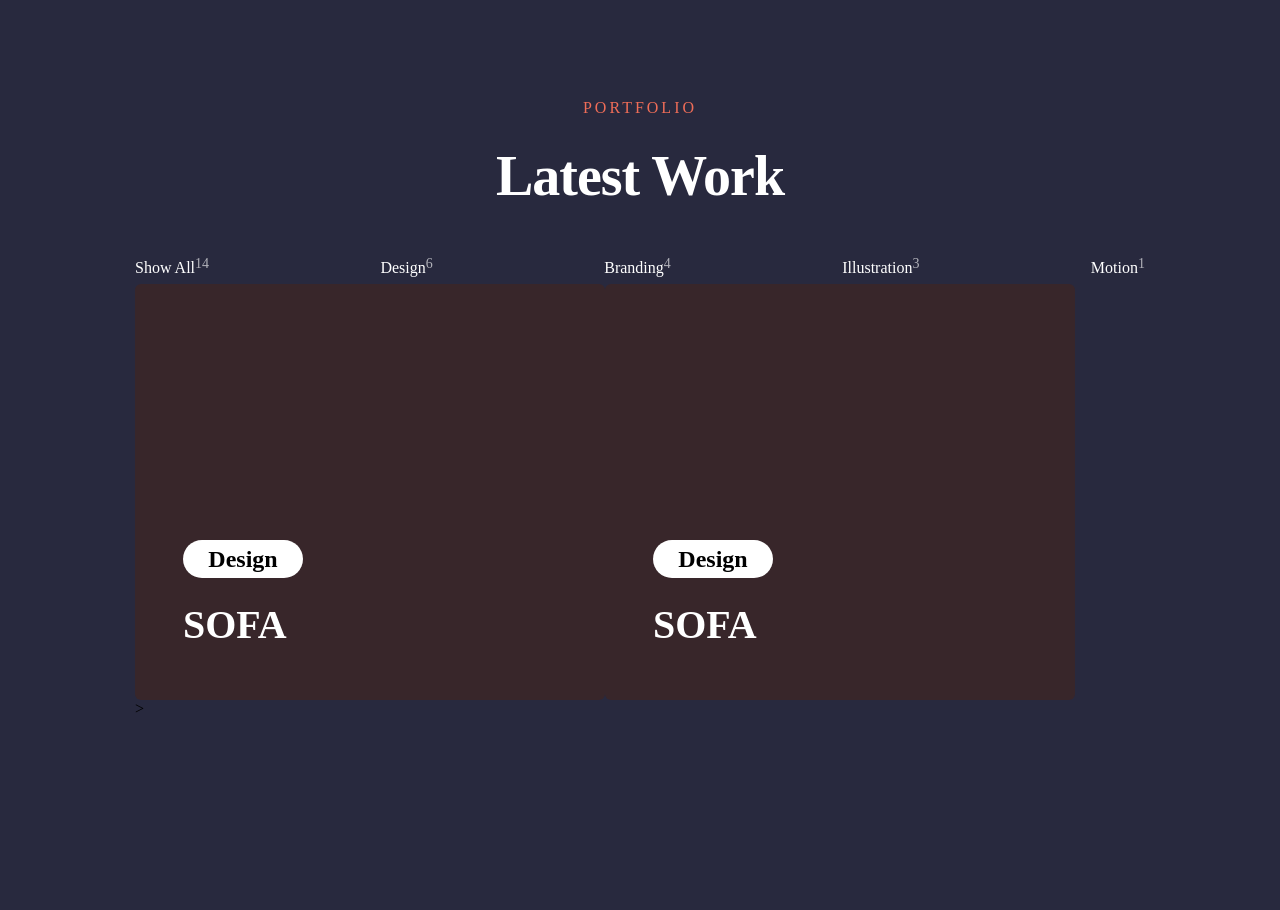
Repository: kubrazamanova/Position-3
Page: index.html
The author's editor kept a copy of each file at every save. The page is drawn from the files as they stood at one save, then again after the next save.
The browser window is 1280 px wide. The pictures show the whole page.

Above is the page before, as saved 2023-10-21 11:11:25.

After the next save:
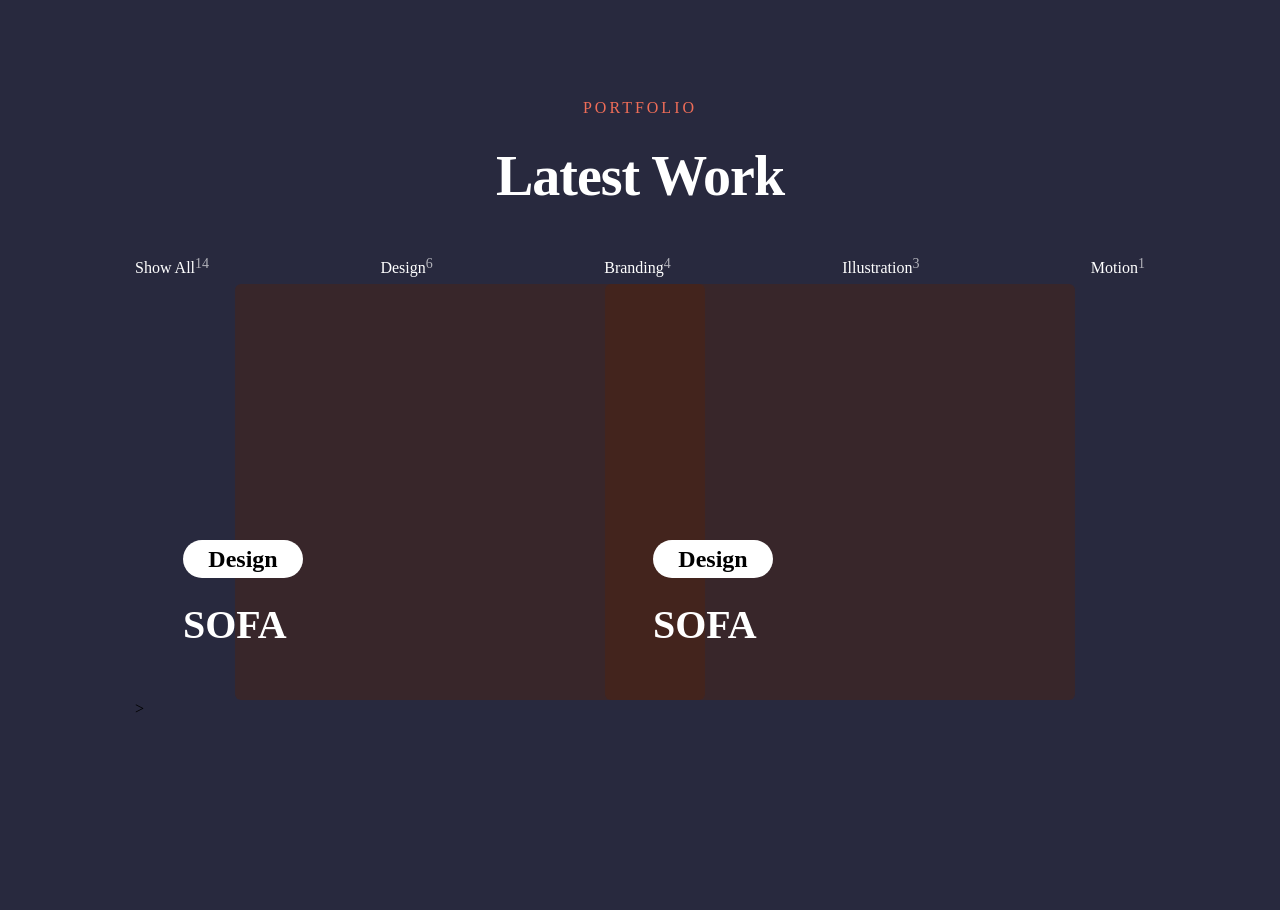
Saved 4 s later.
--- a/index.css
+++ b/index.css
@@ -135,8 +135,8 @@ height: 416px;
 position: relative;
 }
 .box-one img{
-  width: 470px;
-height: 416px;
+  width: 670px;
+  height: 416px
 }
 .container .box h2 {
   position: absolute;
